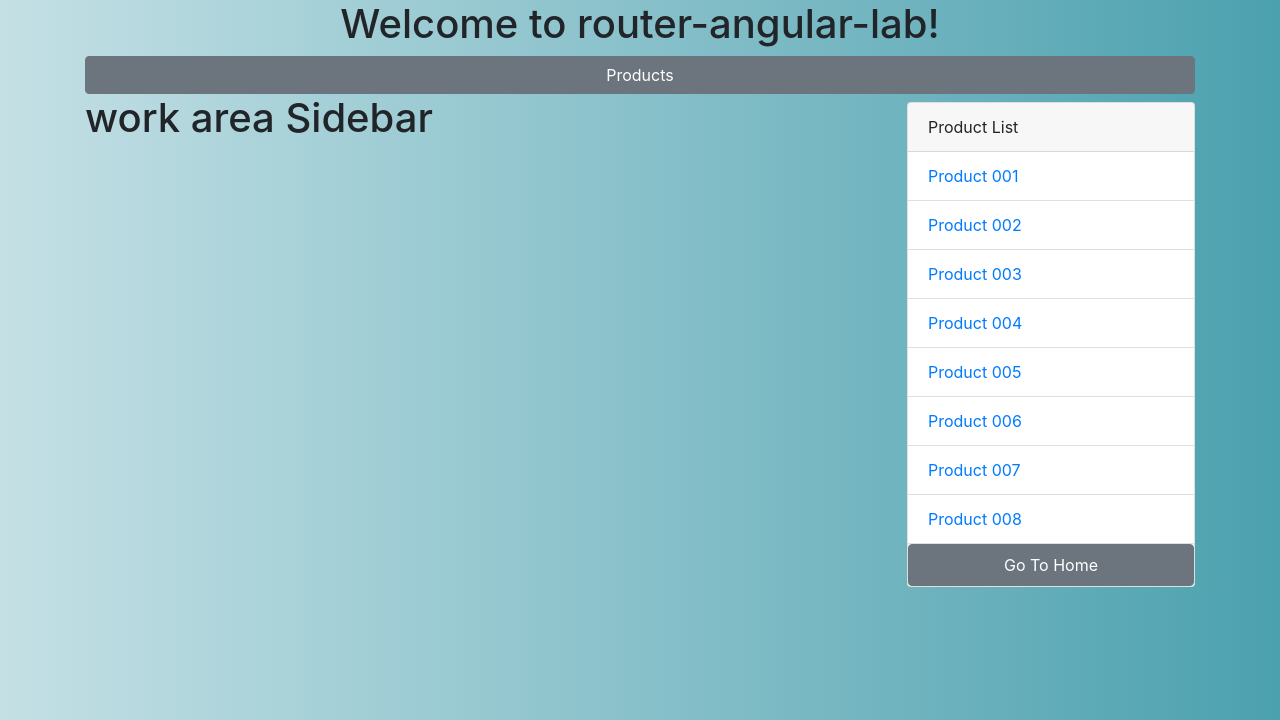
Repository: desalab/router-angular-lab
Page: /products
These files come from the project's save history. The page is drawn as it stood at one moment and after the next save; the edit follows.
The browser window is 1280 px wide. The pictures show the whole page.
The project was rebuilt for these pictures with package versions that can differ from the ones it lists, and the page was loaded fresh each time. Also part of the build but not shown: angular.json, src/app/product-detail/product-detail.component.ts, src/app/product-list-sidebar/product-list-sidebar.component.ts, src/app/home/home.component.ts.

Above is the page before, as saved 2018-12-06 01:18:33.

After the next save:
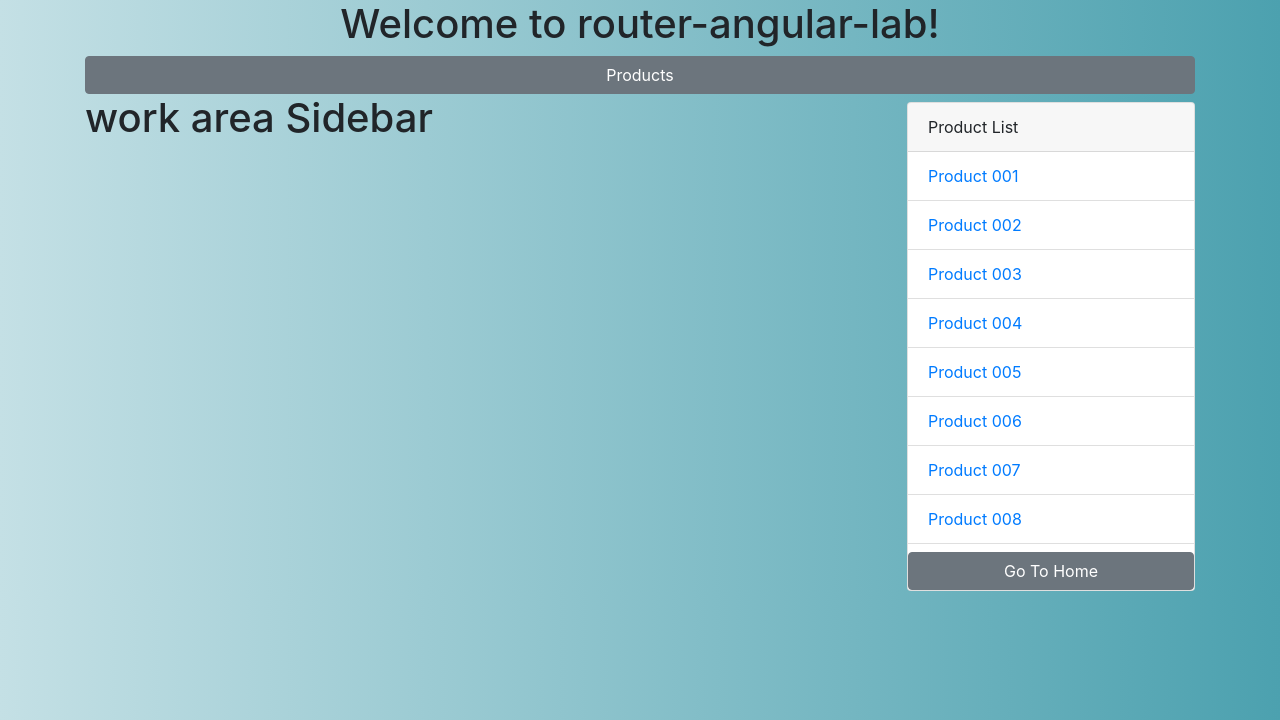
Saved 12 s later.
--- a/src/app/product-list/product-list.component.html
+++ b/src/app/product-list/product-list.component.html
@@ -5,5 +5,5 @@
       <a [routerLink]="['/product/', product.id]">{{ product.name }}</a>
     </li>
   </ul>
-  <a class="btn btn-secondary btn-block p-2" routerLink="/">Go To Home</a>
+  <a class="btn btn-secondary btn-block mt-2" routerLink="/">Go To Home</a>
 </div>
